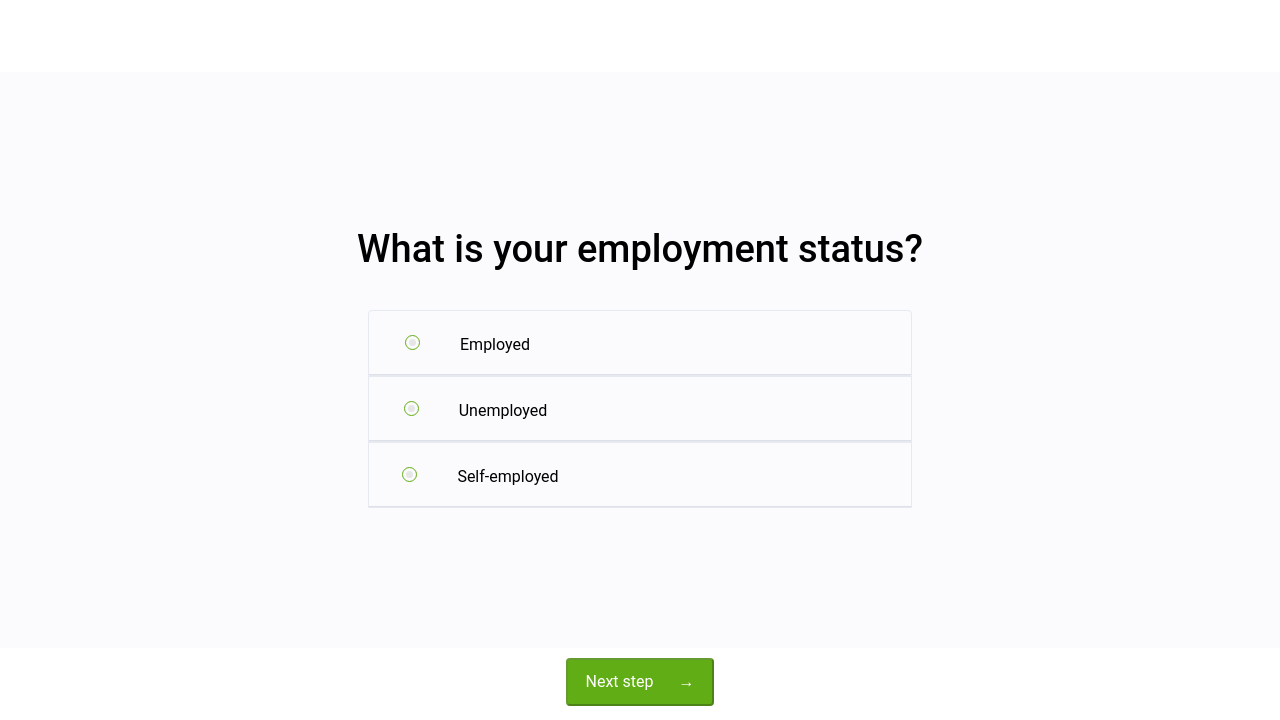
Repository: andbilous/task-survey
Page: /employment-status
The author's editor kept a copy of each file at every save. The page is drawn from the files as they stood at one save, then again after a run of saves.
The browser window is 1280 px wide. The pictures show the whole page.
The project was rebuilt for these pictures with package versions that can differ from the ones it lists, and the page was loaded fresh each time. Also part of the build but not shown: src/pages/FillingStatus.jsx, src/pages/Proprietorships.jsx, src/pages/Score.jsx.

Above is the page before, as saved 2020-06-18 19:24:31.

### src/App.js
import React from 'react';
import { Provider } from 'react-redux'
import { store } from './redux/store'
import {
  BrowserRouter as Router,
  Switch,
  Route,
} from "react-router-dom";
import './App.css';
import {Header} from './components/Header';
import {EmploymentStatusPage} from './pages/EmploymentStatus';
import {FillingStatusPage} from './pages/FillingStatus';
import {ProprietorshipsPage} from './pages/Proprietorships';
import {ScorePage} from './pages/Score';


function App() {
  return (
    <Router>
    <Provider store={store}>
    <Switch>
    <div className="App">
      <Header/>
      <Route path="/employment-status">
            <EmploymentStatusPage />
          </Route>
          <Route path="/filling-status">
            <FillingStatusPage />
          </Route>
          <Route path="/proprietorship">
            <ProprietorshipsPage />
          </Route>
          <Route path="/score">
            <ScorePage />
          </Route>
    </div>
    </Switch>
    </Provider>
    </Router>
  );
}

export default App;

### src/redux/store.js
import { applyMiddleware, createStore } from 'redux';
import logger from 'redux-logger';
import thunk from 'redux-thunk';

import { rootReducer } from './rootReducer';

const middleware = [thunk, logger];

export const store = createStore(rootReducer, applyMiddleware(...middleware));

### src/App.css
* {
  text-align: center;
  box-sizing: border-box;
  font-family: Roboto;
  font-style: normal;
  font-weight: normal;
}
body{
  background-color:  #FBFBFD;
}
h2{
  font-family: Roboto;
font-style: normal;
font-weight: 500;
font-size: 38px;
line-height: 60px;
display: flex;
align-items: center;
text-align: center;
background-color:  #FBFBFD;
}
.list-item{
  width: 544px;
  height: 66px;
  border: 1px solid #E7E9F0;
  padding-top: 21px;
  box-shadow: inset 0px -1px 0px #DEE0E8;
}
input[type="radio"] {
  /* remove standard background appearance */
  -webkit-appearance: none;
  -moz-appearance: none;
  appearance: none;
  /* create custom radiobutton appearance */
  display: inline-block;
  width: 15px;
  height: 15px;
  padding: 3px;
  /* background-color only for content */
  background-clip: content-box;
  border: 1px solid #61AD15;
  background-color: #e7e6e7;
  border-radius: 50%;
}

/* appearance for checked radiobutton */
input[type="radio"]:checked {
  border-radius: 16px;
  background-color: #61AD15;
}

### src/components/Header.jsx
import React from "react";
import { connect } from "react-redux";

const Header = ({ progress }) => {
  return (
    <>
      <div style={styles.general} />
      <div
        style={{
          width: `${progress}%`,
          height: "75px",
          backgroundColor: "#61AD15",
        }}
      ></div>
    </>
  );
};

const styles = {
  general: {
    position: "absolute",
    left: "0%",
    right: "0%",
    top: "0%",
    bottom: "0%",
    height: "72px",
    backgroundColor: "#fff",
  },
};

const HeaderContainer = connect(
  (state) => ({
    progress: state.surveyReducer.progress,
  }),
  (dispatch) => ({})
)(Header);

export { HeaderContainer as Header };

### src/pages/EmploymentStatus.jsx
import React, { useState } from "react";
import { useHistory } from "react-router-dom";
import { connect } from "react-redux";
import Footer from "../components/Footer";
import { setEmploymentStatus } from "../redux/survey/actions";

const EmploymentStatusPage = ({ setEmploymentStatus }) => {
  const history = useHistory();
  const [disableFooter, setDisableFooter] = useState(true);
  const [value, setValue] = useState("");

  const navigateNextPage = () => {
    if (value === "Employed" || value === "Unemployed") {
      history.push("/filling-status");
    } else {
      history.push("/proprietorship");
    }
  };

  const handleChange = (value) => {
    console.log(value);
    setDisableFooter(false);
    setEmploymentStatus(value);
    setValue(value);
  };
  return (
    <div style={{ marginTop: "7rem" }}>

      <form>
        <div
          style={styles.parent}
          className="radio"
        >
          <h2>What is your employment status?</h2>
          <label className="list-item" style={{paddingRight: '350px',borderRadius: '4px 4px 0px 0px'}}>
            <input
              style={styles.input}
              onClick={() => handleChange("Employed")}
              name="1"
              type="radio"
              value="Employed"
            />
            Employed
          </label>
          <label className="list-item" style={{
            paddingRight: '334px'
            }}>
            <input
              style={styles.input}
              onClick={() => handleChange("Unemployed")}
              name="1"
              type="radio"
              value="Unemployed"
            />
            Unemployed
          </label>
          <label className="list-item" style={{paddingRight: '324px',  boxShadow: 'inset 0px -1px 0px #DEE0E8'}}>
            <input
              style={styles.input}
              onClick={() => handleChange("SelfEmployed")}
              name="1"
              type="radio"
              value="SelfEmployed"
            />
            Self-employed
          </label>
          </div>
      </form>
      <Footer disable={disableFooter} navigateNextPage={navigateNextPage} />
    </div>
  );
};

const styles = {
  parent: {
    marginTop: "2rem",
    display: "flex",
    flexDirection: "column",
    alignItems: "center",
    textAlign: "center",
  },
  item: {
    width: "544px",
    height: "66px",
    border: "1px solid black",
    paddingTop: '21px',
  },
  input :{
    marginRight: '40px'
  }
};

const EmploymentStatusPageContainer = connect(
  (state) => ({}),
  (dispatch) => ({
    setEmploymentStatus: (value) => dispatch(setEmploymentStatus(value)),
  })
)(EmploymentStatusPage);

export { EmploymentStatusPageContainer as EmploymentStatusPage };

### src/redux/rootReducer.js
import { combineReducers } from 'redux'
import surveyReducer from './survey/reducer'

export const rootReducer = combineReducers({
  surveyReducer
})

### src/components/Footer.jsx
import React from "react";

const Footer = ({ disable, navigateNextPage, navigatePrevPage }) => {
  if (navigatePrevPage && navigateNextPage) {
    return (
      <div style={styles.general}>
        <button
          disabled={disable}
          onClick={() => {
            navigatePrevPage();
          }}
        >
          Prev step
        </button>
        <button
          disabled={disable}
          onClick={() => {
            navigateNextPage();
          }}
        >
          Next step
        </button>
      </div>
    );
  }
  if (navigatePrevPage && !navigateNextPage) {
    return (
      <div style={styles.general}>
      <button
        disabled={disable}
        onClick={() => {
          navigatePrevPage();
        }}
      >
        Prev step
      </button>
      </div>
    );
  }
  if (!navigatePrevPage && navigateNextPage) {
    return (
      <div style={styles.general}>
      <button
        style={styles.button}
        disabled={disable}
        onClick={() => {
          navigateNextPage();
        }}
      >
        <span>Next step</span>
        <span style={styles.arrow}>&#8594;</span>
      </button>
      </div>
    );
  }
};

const styles = {
  general: {
    position: "absolute",
    bottom: "0",
    width: "100%",
    height: "72px",
    backgroundColor: "#fff",
    padding: '10px 10px'
  },
  button: {
    color: "#fff",
    width: "148px",
    height: "48px",
    background: "#61AD15",
    textAlign: "center",
    fontSize: "16px",
    lineHeight: "26px",
    borderRadius: "4px",
  },
  arrow: {
    marginLeft: '25px',
    transform: "matrix(1, 0, 0, -1, 0, 0)",
  },
};

export default Footer;

### src/redux/survey/actions.js
import types from './types';

export const setEmploymentStatus = (value) => {
    if(value === 'Employed'){
      return {
        type: types.SET_EMPLOYMENT_STATUS,
        employmentStatus: value,
        count: 10,

      }
    }
      if(value === 'Unemployed'){
        return {
          type: types.SET_EMPLOYMENT_STATUS,
          employmentStatus: value,
          count: 20
        }
      }
        if(value === 'SelfEmployed'){
          return {
            type: types.SET_EMPLOYMENT_STATUS,
            employmentStatus: value,
            count: 30
          }
    }
};

export const setProprietorshipsCount = (value) => ({
    type: types.SET_PROPRIETORSHIPS_MULTIPLIER,
    multiplier: value
})

export const setFillingStatus = (values) =>{
  if(!values.length){
    return {
      type: types.SET_FILLING_STATUS,
      count: 0
    }
}
  if(values.length===1){
    return {
      type: types.SET_FILLING_STATUS,
      count: 10
    }
}
  return {
    type: types.SET_FILLING_STATUS,
    count: (values.length)*5
  }
}

export const displayResult = () =>({
  type: types.DISPLAY_RESULT
})

### src/redux/survey/reducer.js
import types from './types'

const initialValues = {
  count: 0,
  employmentStatus:'',
  progress: 0
}

const surveyReducer = (state = initialValues, action) => {
  switch (action.type) {
    case types.SET_EMPLOYMENT_STATUS:
      return {
        ...state,
        count: state.count + action.count,
        employmentStatus: action.employmentStatus,
        progress: 30
      }
      case types.SET_PROPRIETORSHIPS_MULTIPLIER:
        return {
          ...state,
          count: state.count * action.multiplier,
          progress: 50
        }
        case types.SET_FILLING_STATUS:
        return {
          ...state,
          count: state.count + action.count,
          progress: 70
        }
        case types.DISPLAY_RESULT:
        return {
          ...state,
          progress: 100
        }

    default:
      return state
  }
}

export default surveyReducer;

### src/redux/survey/types.js
const types = {
  SET_EMPLOYMENT_STATUS:'SET_EMPLOYMENT_STATUS',
  SET_PROPRIETORSHIPS_MULTIPLIER: 'SET_PROPRIETORSHIPS_MULTIPLIER',
  SET_FILLING_STATUS: 'SET_FILLING_STATUS',
  DISPLAY_RESULT: 'DISPLAY_RESULT'
}

export default types;

Loaded but not shown: public/index.html (common file); src/index.js (common file); src/index.css (common file); src/serviceWorker.js (common file)

After the next 5 saves:
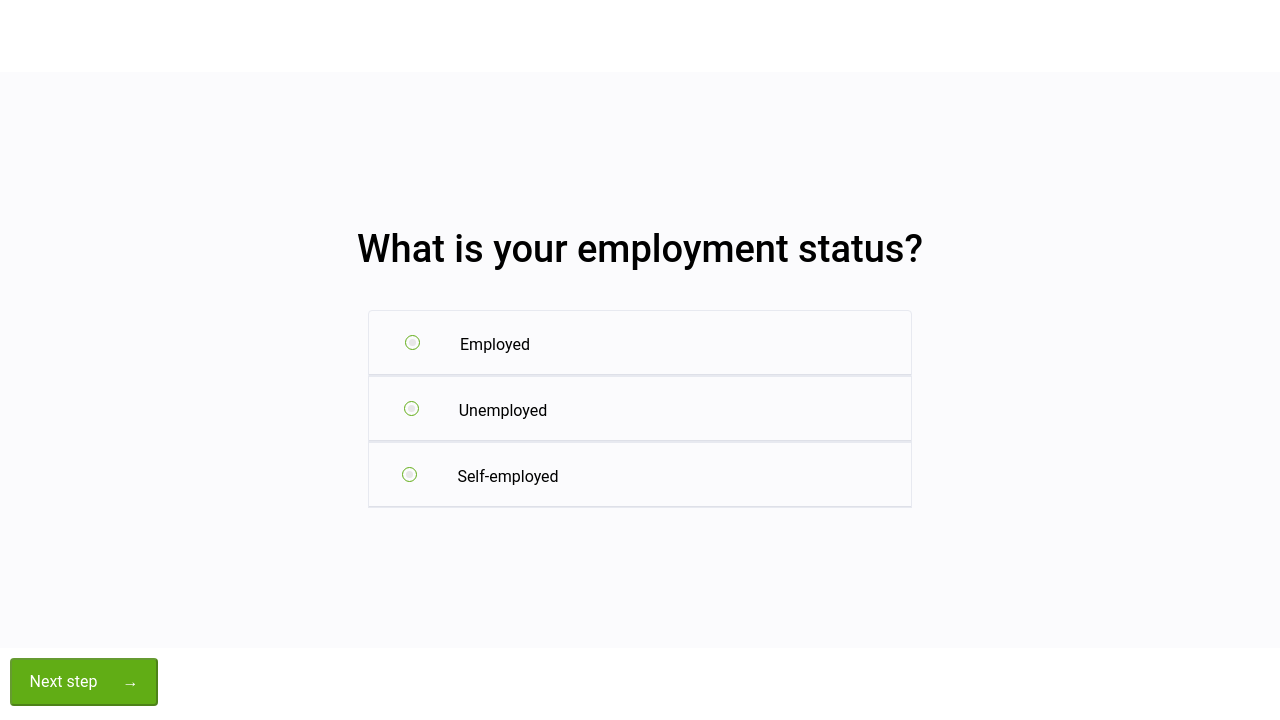
The 5 saves are shown as one change because they came seconds apart.
The last was saved 52 s later.
--- a/src/components/Footer.jsx
+++ b/src/components/Footer.jsx
@@ -62,7 +62,8 @@ const styles = {
     width: "100%",
     height: "72px",
     backgroundColor: "#fff",
-    padding: '10px 10px'
+    padding: '10px 10px',
+    display: 'flex'
   },
   button: {
     color: "#fff",
